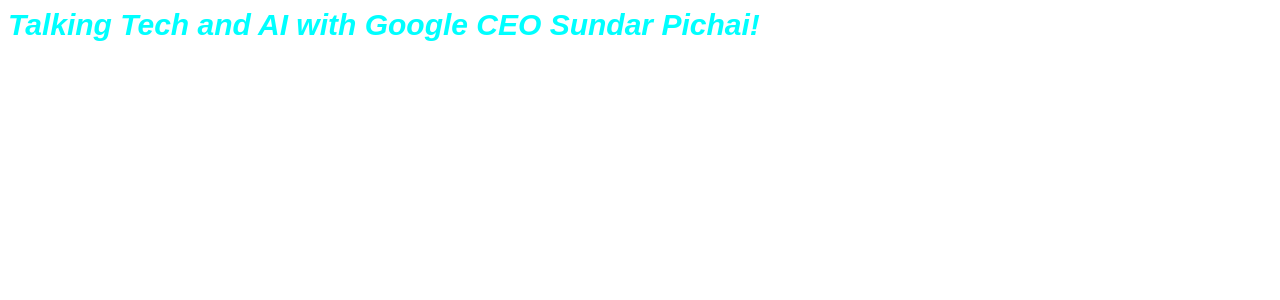
Repository: RagulRanjeeth/Frontend
Page: TxtSyles.html
An editor plug-in stored every save of this project. The page is shown before and after the next save, followed by the edit.
The browser window is 1280 px wide. The pictures show the whole page.

Above is the page before, as saved 2026-01-20 11:55:25.

### TxtSyles.html
<style>
    .Para{
        font-family: Arial;
        font-size: 30px;
        font-weight: bold;
        font-style: italic;
        color:aqua;

    }

</style>
<p class = "Para">
    Talking Tech and AI with Google CEO Sundar Pichai!
</p>

After the next save:
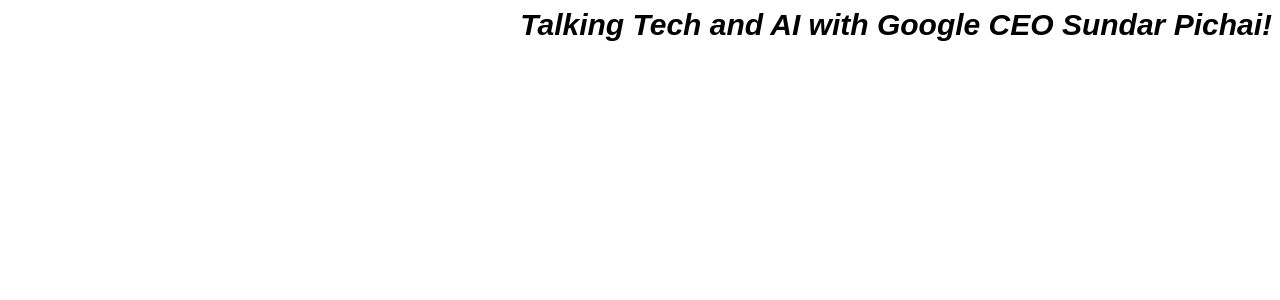
Saved 20 s later.
--- a/TxtSyles.html
+++ b/TxtSyles.html
@@ -4,7 +4,7 @@
         font-size: 30px;
         font-weight: bold;
         font-style: italic;
-        color:aqua;
+        text-align: right;
 
     }
 
